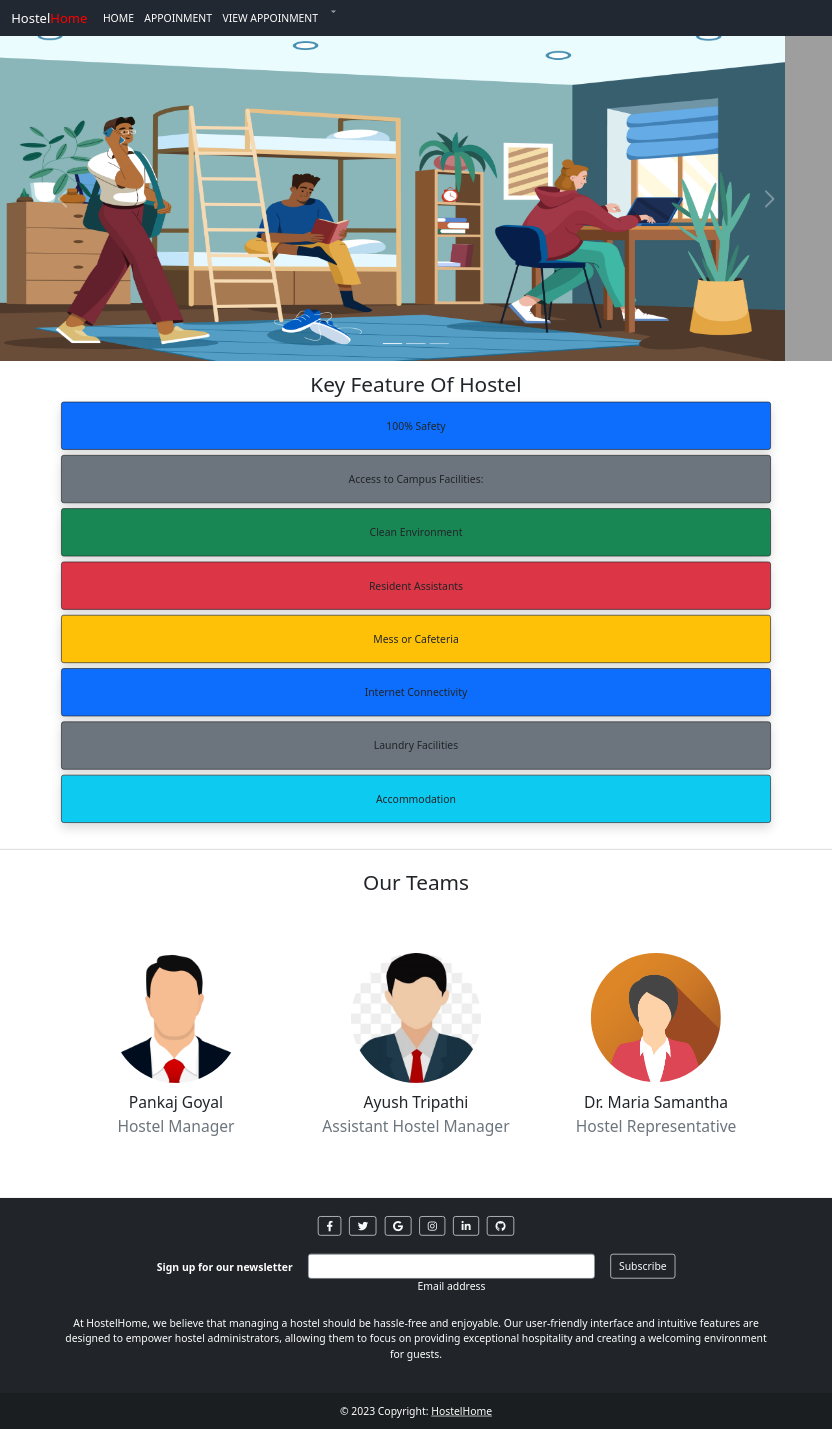
Repository: SparshGarg1/Hostel_Managment_System
Page: http://localhost/Hostel/studentportal.jsp
The author's editor kept a copy of each file at every save. The page is drawn from the files as they stood at one save, then again after the next save.
The browser window is 1280 px wide. The pictures show the whole page, at 65% of full size.
Pictures or frames that could not be fetched are drawn as grey boxes. Some icons come from a web library that is not loaded, so they are not drawn. Some web libraries are served in a nearby version. The page is served by Tomcat 9. Queries for data that is not in the repository find no rows.

Above is the page before, as saved 2023-06-18 02:22:24.

After the next save:
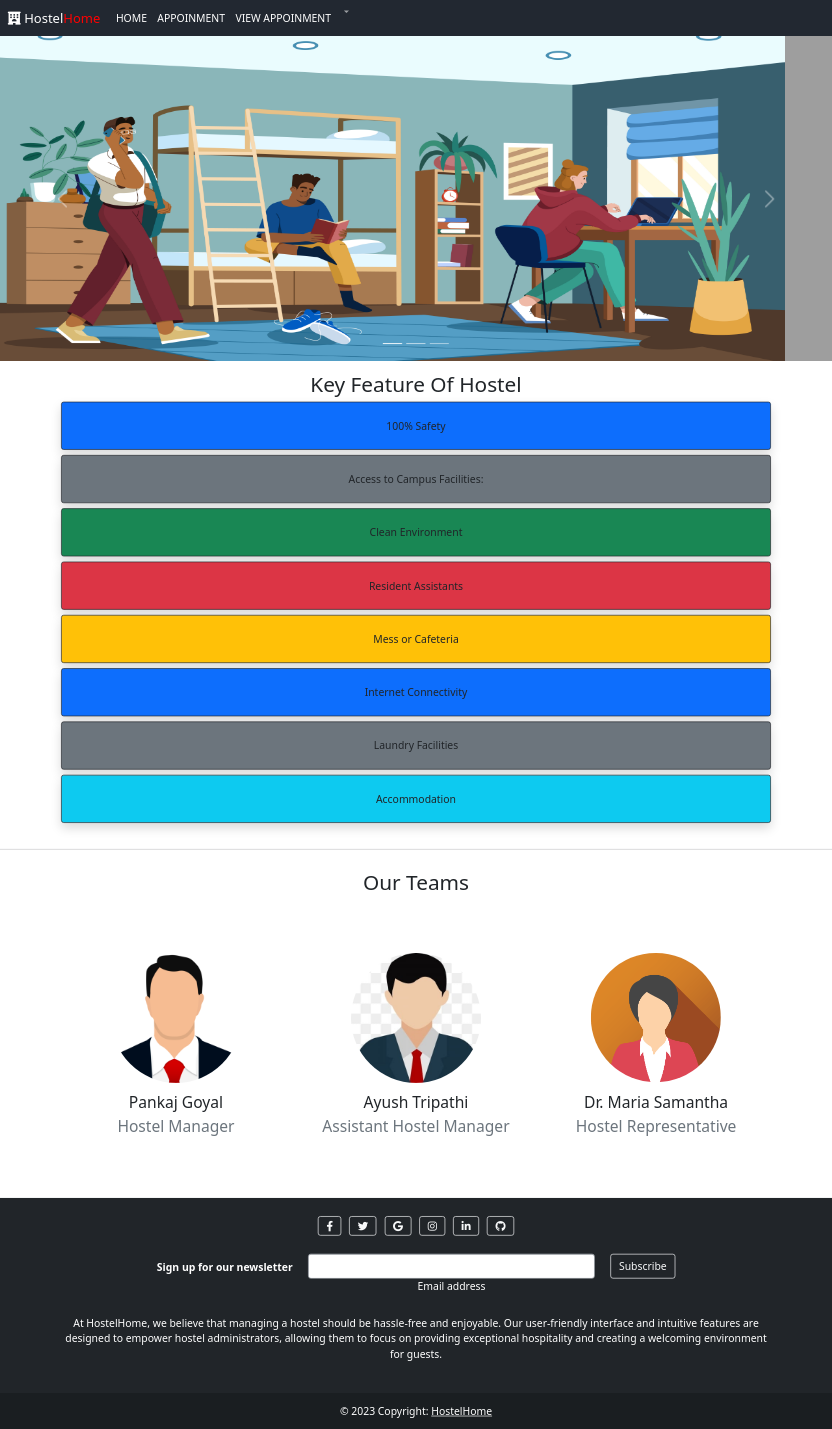
Saved 10 min 38 s later.
--- a/Hostel/WebContent/studentportal.jsp
+++ b/Hostel/WebContent/studentportal.jsp
@@ -29,7 +29,7 @@
 <!-- Navbar -->
 <nav class="navbar navbar-expand-lg navbar-dark" style="background-color:#222831;">
   <div class="container-fluid">
-    <a class="navbar-brand" href="userportal.jsp"><i class="fas fa-hostel"></i> Hostel<span style="color:red;">Home</span></a>
+<a class="navbar-brand" href="index.jsp"><i class="fas fa-hotel"></i> Hostel<span style="color:red;">Home</span></a>
     <button class="navbar-toggler" type="button" data-bs-toggle="collapse" data-bs-target="#navbarSupportedContent" aria-controls="navbarSupportedContent" aria-expanded="false" aria-label="Toggle navigation">
       <span class="navbar-toggler-icon"></span>
     </button>
